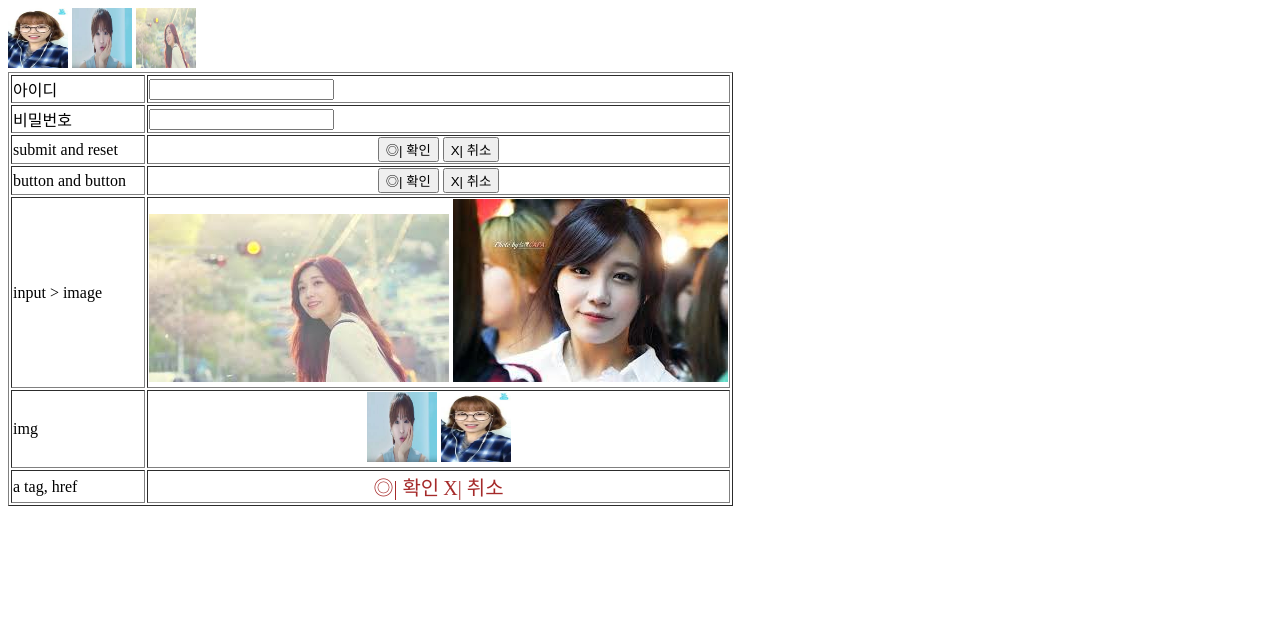
Repository: Leewonhoo/kostaweb
Page: Jsp_sample/WebContent/login.html
These files come from the project's save history. The page is drawn as it stood at one moment and after the next save; the edit follows.
The browser window is 1280 px wide. The pictures show the whole page.

Above is the page before, as saved 2017-09-13 06:57:13.

After the next save:
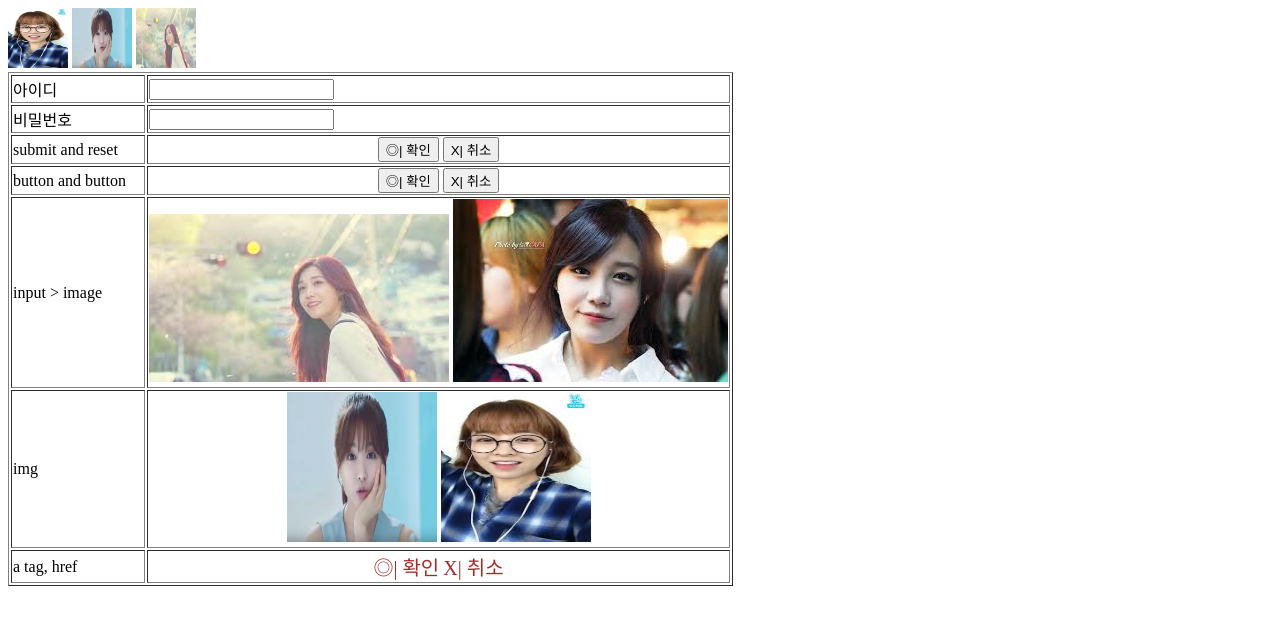
Saved 17 s later.
--- a/Jsp_sample/WebContent/login.html
+++ b/Jsp_sample/WebContent/login.html
@@ -6,7 +6,7 @@
 <link type="text/css" rel="stylesheet" href="css/common.css">
 <style type="text/css">
 td img{
-width: 70px; height: 70px;
+width: 150px; height: 150px;
 }
 </style>
 </head>
